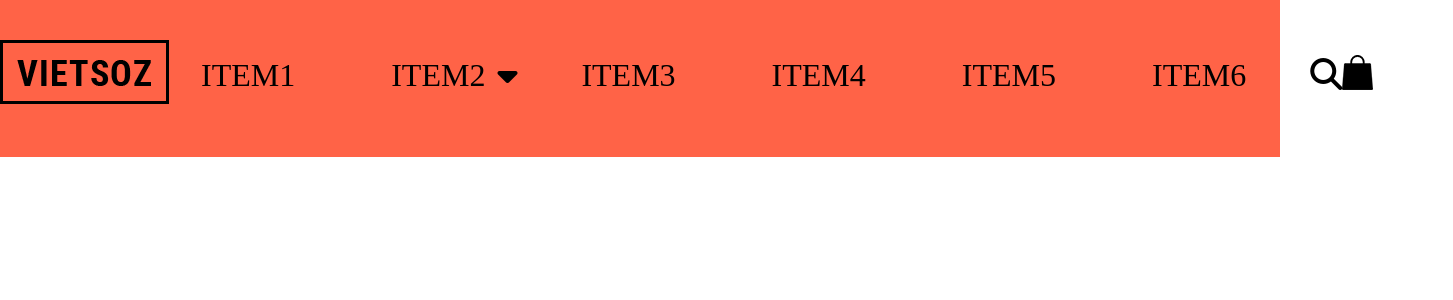
Repository: Kienroro2003/Kienroro-Miscellaneous
Page: UNITOP/front-end/project/vietsoz/header.html
These files come from the project's save history. The page is drawn as it stood at one moment and after a run of saves; the edit follows.
The browser window is 1280 px wide. The page is 1373 px wide, then 1453 px, so the pictures cover 1453 px, including what lies to the right of the window. The pictures show the whole page.
The style sheet was rebuilt from its Sass, Less or Tailwind sources for each picture, by a compiler version that may differ from the author's.

Above is the page before, as saved 2022-10-04 14:23:04.

### UNITOP/front-end/project/vietsoz/header.html
<!DOCTYPE html>
<html lang="en">
  <head>
    <meta charset="UTF-8" />
    <meta http-equiv="X-UA-Compatible" content="IE=edge" />
    <meta name="viewport" content="width=device-width, initial-scale=1.0" />
    <link rel="stylesheet" href="./assets/css/reset.css" />
    <link rel="stylesheet" href="./assets/css/global.css" />
    <link rel="stylesheet" href="./assets/css/header.css" />
    <link rel="stylesheet" href="./assets/fontawesome/css/all.css">
    <title>Header</title>
  </head>
  <body>
    <div id="header"><div class="container">
      <div class="navbar">
        <a href="" class="navbar__link">
          <img src="./assets/images/logo.png" alt="" class="navbar__logo">
        </a>
        <ul class="navbar__menu">
          <li class="navbar__item">item1</li>
          <li class="navbar__item">item2</li>
          <li class="navbar__item">item3</li>
          <li class="navbar__item">item4</li>
          <li class="navbar__item">item5</li>
          <li class="navbar__item">item6</li>
        </ul>
        <div class="navbar__search">
          <i class="fa fa-search"></i>
        </div>
        <div class="navbar__cart">
          <img src="./assets/images/bag.png" alt="">
        </div>
      </div>
    </div></div>
  </body>
</html>

### UNITOP/front-end/project/vietsoz/assets/scss/global.scss
@mixin flexbox(
  $align: flex-start,
  $justify: flex-start,
  $flex-direction: row,
  $wrap: nowrap
) {
  display: flex;
  align-items: $align;
  justify-content: $justify;
  flex-direction: $flex-direction;
  flex-wrap: $wrap;
}

@mixin size($width, $height: $width) {
  width: $width;
  height: $height;
}

@mixin maxWidth($value) {
  @media screen and (max-width: $value) {
    @content;
  }
}

### UNITOP/front-end/project/vietsoz/assets/scss/header.scss
@use "./global.scss" as g;

#header {
  padding: 2.5rem 0 3rem;
  background-color: tomato;
}

.navbar {
  @include g.flexbox(center);
  font-weight: normal;
  font-size: 2rem;
  // line-height: normal;

  &__menu {
    @include g.flexbox(center, space-between);
  }
  &__item {
    color: #000000;
    text-transform: uppercase;
    padding: 0 2rem;
    position: relative;
    margin-right: 2rem;
    &:nth-child(2)::before {
      content: "\f0d7";
      font-family: "Font Awesome 5 Free";
      font-weight: 900;
      position: absolute;
      right: 0;
      top: 50%;
      transform: translateY(-50%);
    }
    // padding:
  }
}

Loaded but not shown: UNITOP/front-end/project/vietsoz/assets/css/reset.css (common file); UNITOP/front-end/project/vietsoz/assets/fontawesome/css/all.css (library)

After the next 5 saves:
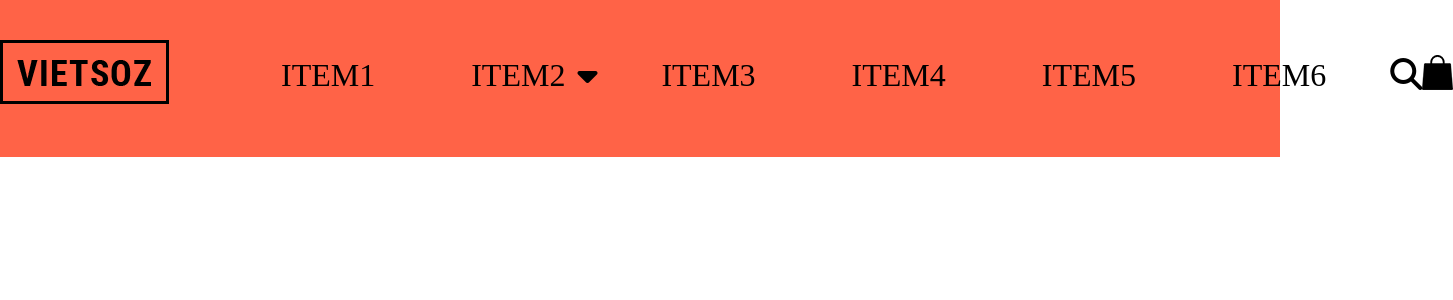
The 5 saves are shown as one change because they came seconds apart.
The last was saved 20 s later.
--- a/UNITOP/front-end/project/vietsoz/assets/scss/header.scss
+++ b/UNITOP/front-end/project/vietsoz/assets/scss/header.scss
@@ -10,7 +10,9 @@
   font-weight: normal;
   font-size: 2rem;
   // line-height: normal;
-
+  &__link{
+    margin-right: 5rem;
+  }
   &__menu {
     @include g.flexbox(center, space-between);
   }
